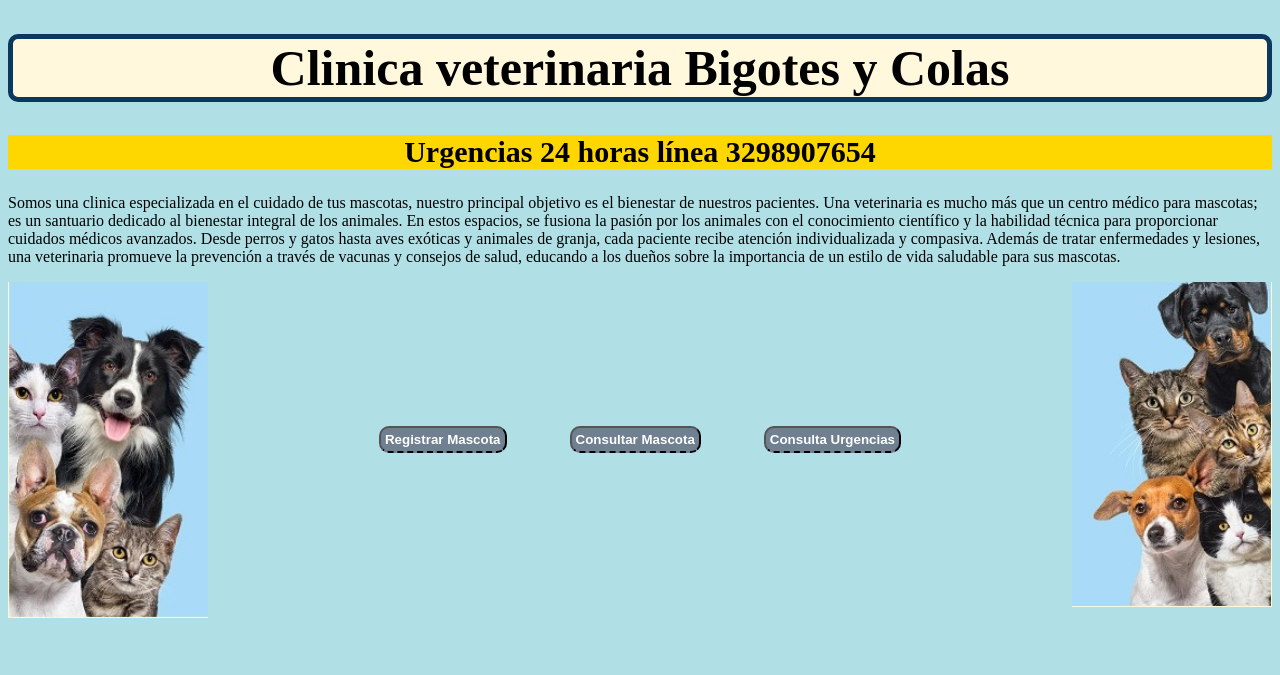
Repository: Ingridlmorales/app-cym-vet
Page: templates/homeVet.html
The author's editor kept a record of every edit. The page is drawn from the files as they stood at one moment, then again after the next edit.
The browser window is 1280 px wide. The pictures show the whole page.

Above is the page before.

### templates/homeVet.html
<!DOCTYPE html>
<html>
    <head>
        <meta http-equiv="content-type" content="text/html; charset=utf-8"/>
        <title> Veterinaria B&C </title>
        <link rel="stylesheet" href="../static/css/stylehome.css" type="text/css" media="all" />
        <script src="../static/js/apphome.js" type="text/javascript" charset="utf-8"></script>
    </head>
    <body>
        <h1> Clinica veterinaria Bigotes y Colas </h1>
        <h2> Urgencias 24 horas línea 3298907654 </h2>
        <p>Somos una clinica especializada en el cuidado de tus mascotas, nuestro principal objetivo es el bienestar de nuestros pacientes. Una veterinaria es mucho más que un centro médico para mascotas; es un santuario dedicado al bienestar integral de los animales.
        En estos espacios, se fusiona la pasión por los animales con el conocimiento científico y la habilidad técnica para proporcionar cuidados médicos avanzados. Desde perros y gatos hasta aves exóticas y animales de granja, cada paciente recibe atención individualizada y compasiva. Además de tratar enfermedades y lesiones, una veterinaria promueve la prevención a través de vacunas y consejos de salud,
        educando a los dueños sobre la importancia de un estilo de vida saludable para sus mascotas.</p>
        <div>
        <img src="../imagenes/Left.jpg" style="float: left;" width="200"></img>
        <img src="../imagenes/rigth.jpg" style="float: right;" width="200"></img> <br /> <br />
        <button onClick="registrar()"> Registrar Mascota </button>
        <button onClick="consultar()"> Consultar Mascota </button>
        <button onClick="urgecias()"> Consulta Urgencias </button>
        </div>
    </body>
</html>

### static/css/stylehome.css
h1 {
    text-align: center;
    font-size: 50px;
    border: 5px solid #0b385f;
    border-radius: 10px;
    background-color: Cornsilk;
}

h2 {
    text-align: center;
    color: black;
    font-size: 30px;
    background-color: Gold;
}

div {
    text-align: center;
    font-size: 50px;
}

body {
    background-color: PowderBlue;
}

button {
    background-color: SlateGray;
    border-bottom-style: dashed;
    font-weight: bold;
    color: white;
    border-radius: 10px;
    padding: 4px;
    margin-left: 2%;
    margin-right: 2%;
}

### static/js/apphome.js
function registrar_mascota(){
    window.location = "/_static/templates/registerVet.html"
}

function consultar_mascota(){
    alert("Consultando..........")
}

function consulta_urgencias(){
    window.location = "/urgencias"
}

After the next edit:
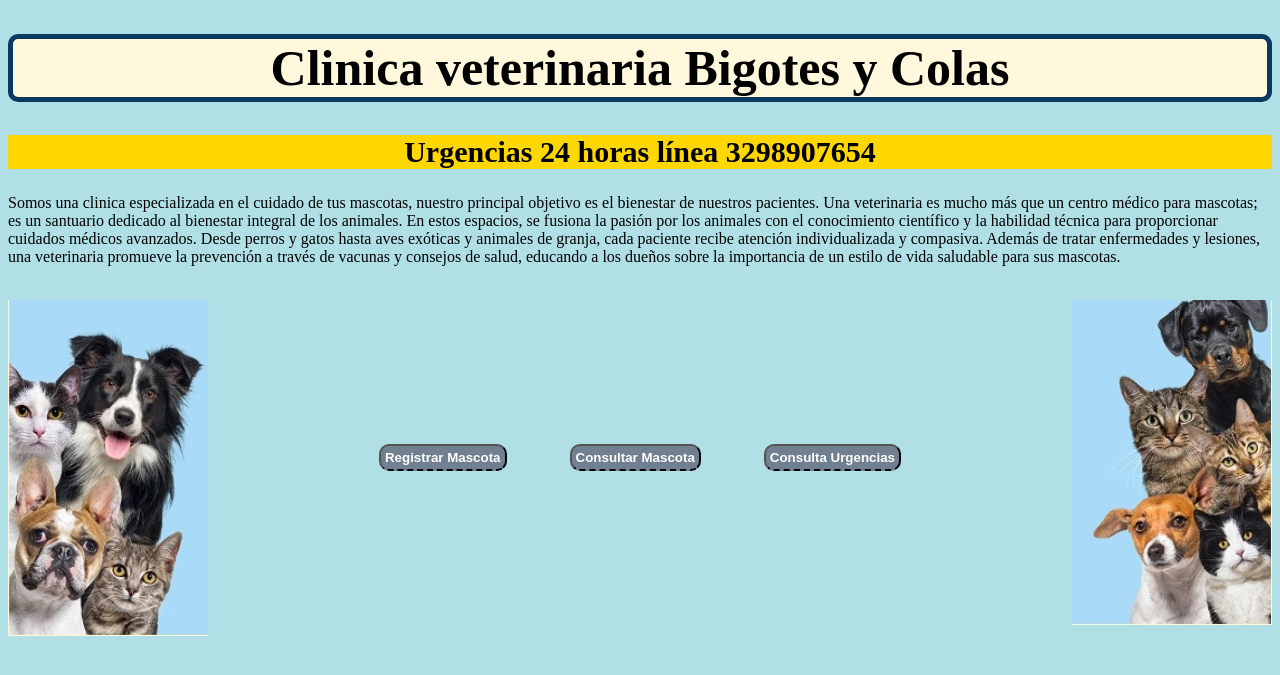
The edit:
--- a/templates/homeVet.html
+++ b/templates/homeVet.html
@@ -11,7 +11,7 @@
         <h2> Urgencias 24 horas línea 3298907654 </h2>
         <p>Somos una clinica especializada en el cuidado de tus mascotas, nuestro principal objetivo es el bienestar de nuestros pacientes. Una veterinaria es mucho más que un centro médico para mascotas; es un santuario dedicado al bienestar integral de los animales.
         En estos espacios, se fusiona la pasión por los animales con el conocimiento científico y la habilidad técnica para proporcionar cuidados médicos avanzados. Desde perros y gatos hasta aves exóticas y animales de granja, cada paciente recibe atención individualizada y compasiva. Además de tratar enfermedades y lesiones, una veterinaria promueve la prevención a través de vacunas y consejos de salud,
-        educando a los dueños sobre la importancia de un estilo de vida saludable para sus mascotas.</p>
+        educando a los dueños sobre la importancia de un estilo de vida saludable para sus mascotas.</p> <br />
         <div>
         <img src="../imagenes/Left.jpg" style="float: left;" width="200"></img>
         <img src="../imagenes/rigth.jpg" style="float: right;" width="200"></img> <br /> <br />
